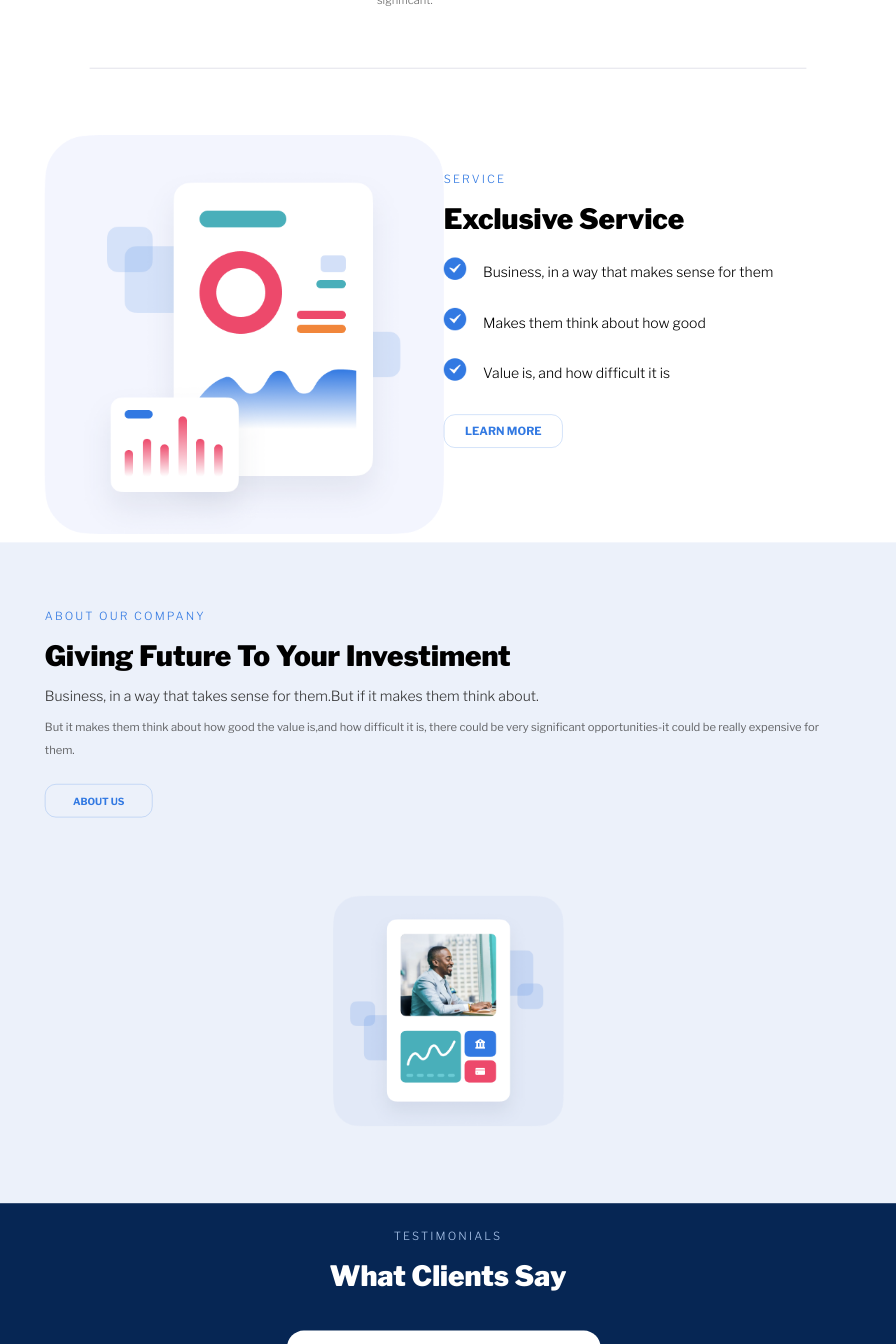
Repository: juniorAntunes910/Make-Money-Design-Avaliacao
Page: index.html
The author's editor kept a copy of each file at every save. The page is drawn from the files as they stood at one save, then again after the next save.
The browser window is 1280 px wide. The pictures show the part of the page from y = 1517 to 3437 px (the page is 8329 px tall before and 8362 px after), at 70% of full size.

Above is the page before, as saved 2026-03-13 11:56:08.

After the next save:
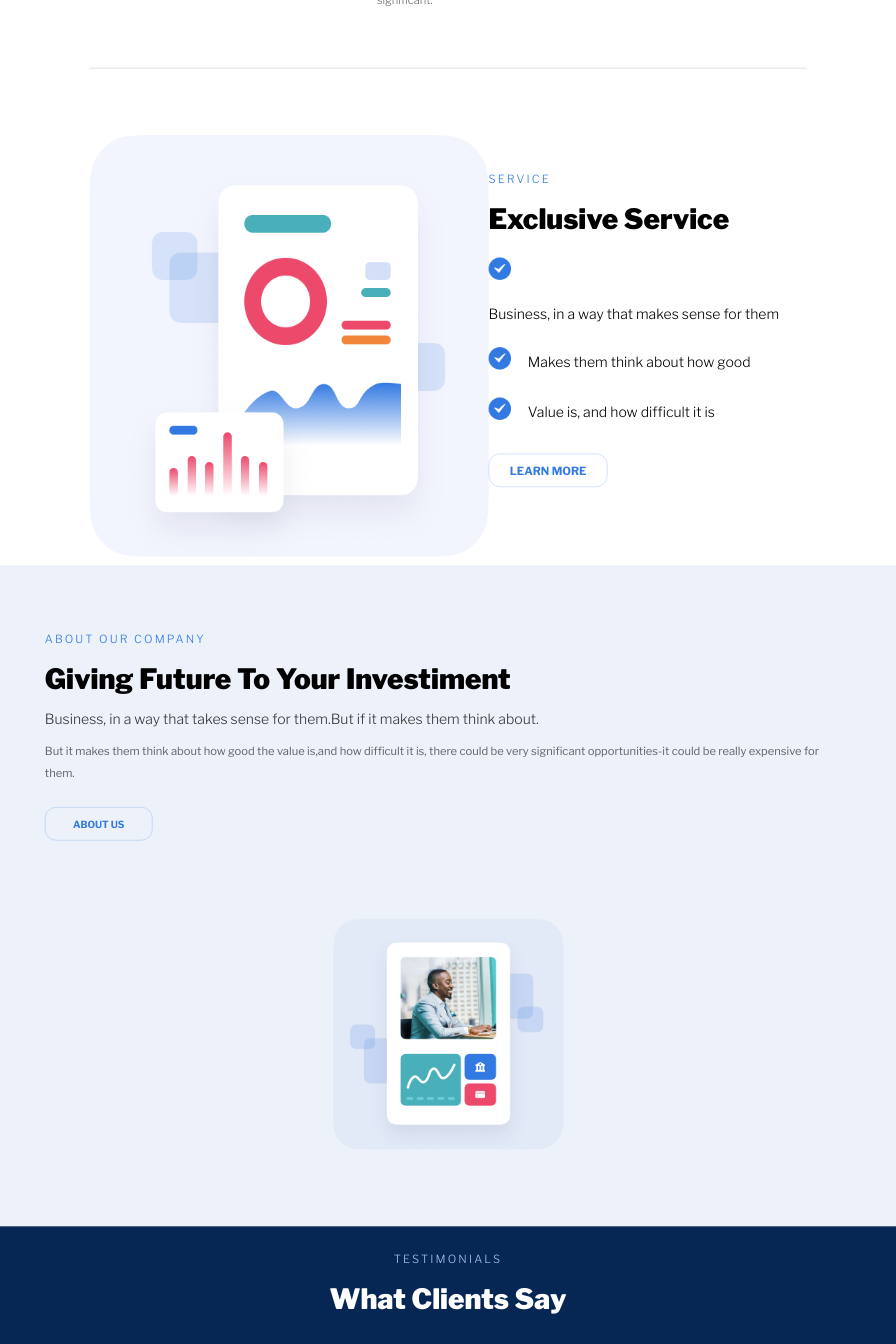
Saved 9 s later.
--- a/index.html
+++ b/index.html
@@ -151,7 +151,7 @@
     <div id="line-division-main" class="container"></div><!--Linha de divisão entre main-content e service-->
 
 
-    <section id="service" class="container">
+    <section id="service" class="container container-desktop">
 
         <div id="service-img-box">
             <img src="Assets/Mobile/service/img-service-graph-mobile.png" alt="Imagem de dois graficos minimalistas, um grafico sendo o maior e possuindo varios graficos
